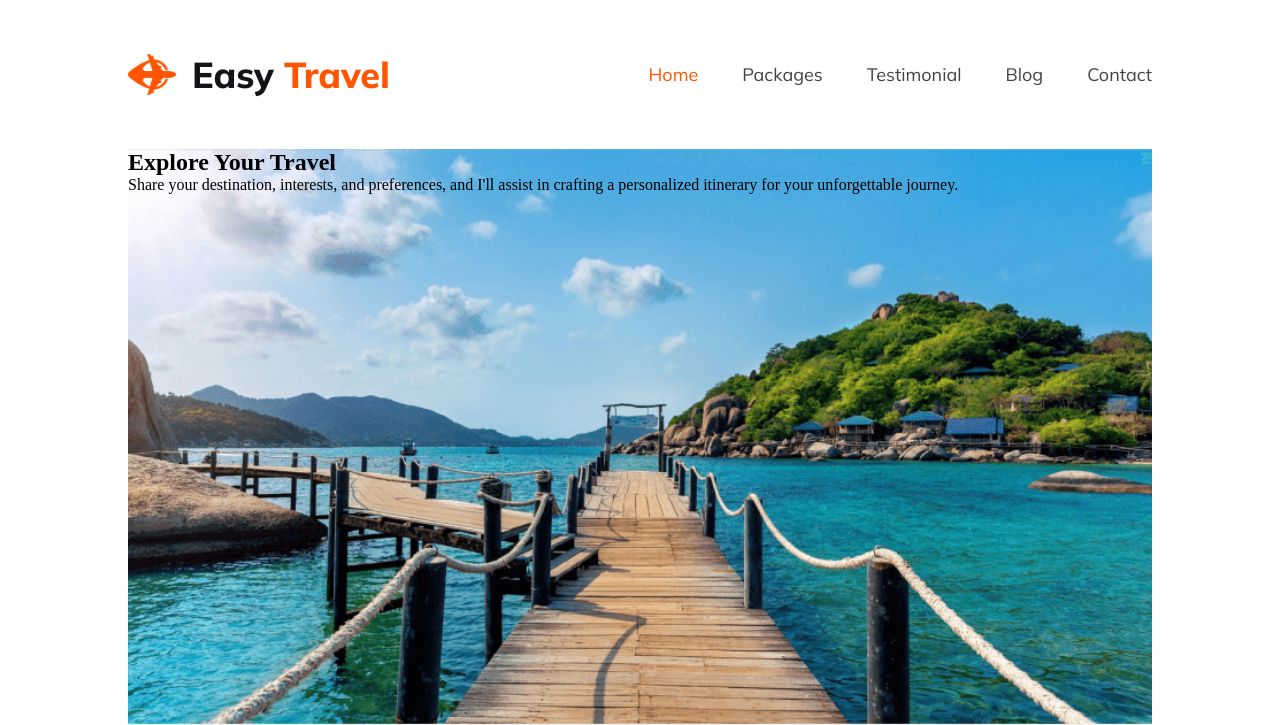
Repository: ShouravAhammed/Assignment-2
Page: index.html
The author's editor kept a copy of each file at every save. The page is drawn from the files as they stood at one save, then again after the next save.
The browser window is 1280 px wide. The pictures show the whole page.
Some web libraries are served in a nearby version.

Above is the page before, as saved 2024-01-16 02:48:42.

### index.html
<!DOCTYPE html>
<html lang="en">
<head>
    <meta charset="UTF-8">
    <meta name="viewport" content="width=device-width, initial-scale=1.0">
    <!-- website title -->
    <title>Easy Travel</title>
    <!-- linked font awesome -->
    <script src="https://kit.fontawesome.com/0d98d502eb.js" crossorigin="anonymous"></script>
    <!-- linked favicon -->
    <link rel="shortcut icon" href="Images/Group 40071 (2).png" type="image/x-icon">
    <!-- linked css -->
    <link rel="stylesheet" href="styles/style.css">
</head>
<body>
    <!-- header part start -->
    <header>
        <div class="container">
            <nav class="navigation">
                    <a class="website-name" href="">
                        <img src="Images/Group 40071 (2).png" alt="">
                        <h3 class="web-text">Easy <span class="web-text-color">Travel</span></h3>
                    </a>
                    <input type="checkbox" id="check">
                    <label for="check" class="checkbtn"><i class="fa-solid fa-bars"></i></label>
                    <ul class="nav">
                        <li><a class="active" href="">Home</a></li>
                        <li><a href="">Packages</a></li>
                        <li><a href="">Testimonial</a></li>
                        <li><a href="">Blog</a></li>
                        <li><a href="">Contact</a></li>
                    </ul>
                </nav>

                <section id="banner">
                    <div class="banner-container">
                        <h2 class="banner-title">Explore Your Travel</h2>
                        <p class="banner-description">Share your destination, interests, and preferences, and I'll assist in crafting a personalized itinerary for your unforgettable journey.</p>
                    </div>
                </section>
        </div>
    </header>
    <!-- header part end -->
    <!-- main part start -->
    <main>

    </main>
    <!-- main part end -->
    <!-- footer part start -->
    <footer>

    </footer>
    <!-- footer part end -->
</body>
</html>

### styles/style.css
/* Import Fonts From Google Fonts */
@import url('https://fonts.googleapis.com/css2?family=Mulish:ital,wght@0,200;0,300;0,400;0,500;0,600;0,700;0,800;0,900;0,1000;1,200;1,300;1,400;1,500;1,600;1,700;1,800;1,900;1,1000&display=swap');@import url('https://fonts.googleapis.com/css2?family=Mulish:ital,wght@0,200;0,300;0,400;0,500;0,600;0,700;0,800;0,900;0,1000;1,200;1,300;1,400;1,500;1,600;1,700;1,800;1,900;1,1000&display=swap');

/* color clearance */
:root{
    --primary-color: #FF5400;
    --secondary-color: #131318;
    --third-color: #fff;
}

/* all default size off */
*{
    margin: 0;
    padding: 0;
    outline: 0;
    box-sizing: border-box;
}
/* container display measuring size*/
.container{
    width: 80%;
    margin: 0 auto;
}
/* navigation css style */
.navigation{
    display: flex;
    align-items: center;
    justify-content: space-between;
    margin: 52px 0;
}
.website-name{
    display: flex;
    align-items: center;
    gap: 16px;
    text-decoration: none;
}
.website-name img{
    width: 48px;
}
.website-name .web-text{
    color: var(--secondary-color);
    font-family: Mulish;
    font-size: 2.25rem;
    font-weight: 800;
}
.website-name .web-text-color{
    color: var(--primary-color);
}


.checkbtn{
    font-size: 1.75rem;
    color: #131318;
    display: none;
}
#check{
    display: none;
}



.navigation > .nav{
    display: flex;
    align-items: center;
    gap: 44px;
}
.nav > li{
    list-style: none;
}
.nav > li a{
    color: #424247;
    font-family: Mulish;
    font-size: 1.125rem;;
    font-weight: 400;
    text-decoration: none;
    transition: all ease 0.3s;
}
.nav > li a.active, .nav > li a:hover{
    color: var(--primary-color);
}

#banner{
    background-image: url(../Images/Group13.png);
    background-position: center;
    background-size: cover;
    background-repeat: no-repeat;
    height: 80vh;
}













@media only screen and (max-width: 576px){
    .navigation{
        margin-top: 18px;
    }
    .checkbtn{
        display: block;
    }

    .navigation > .nav{
        flex-direction: column;
        gap: 20px;
        padding-top: 30px;
        position: fixed;
        width: 100%;
        height: 50vh;
        background: #fff;
        top: 80px;
        left: -100%;
        text-align: center;
        transition: all ease 0.3s;
    }
    #check{
        display: none;
    }
    #check:checked ~ ul{
        left: 0;
    }


}

After the next save:
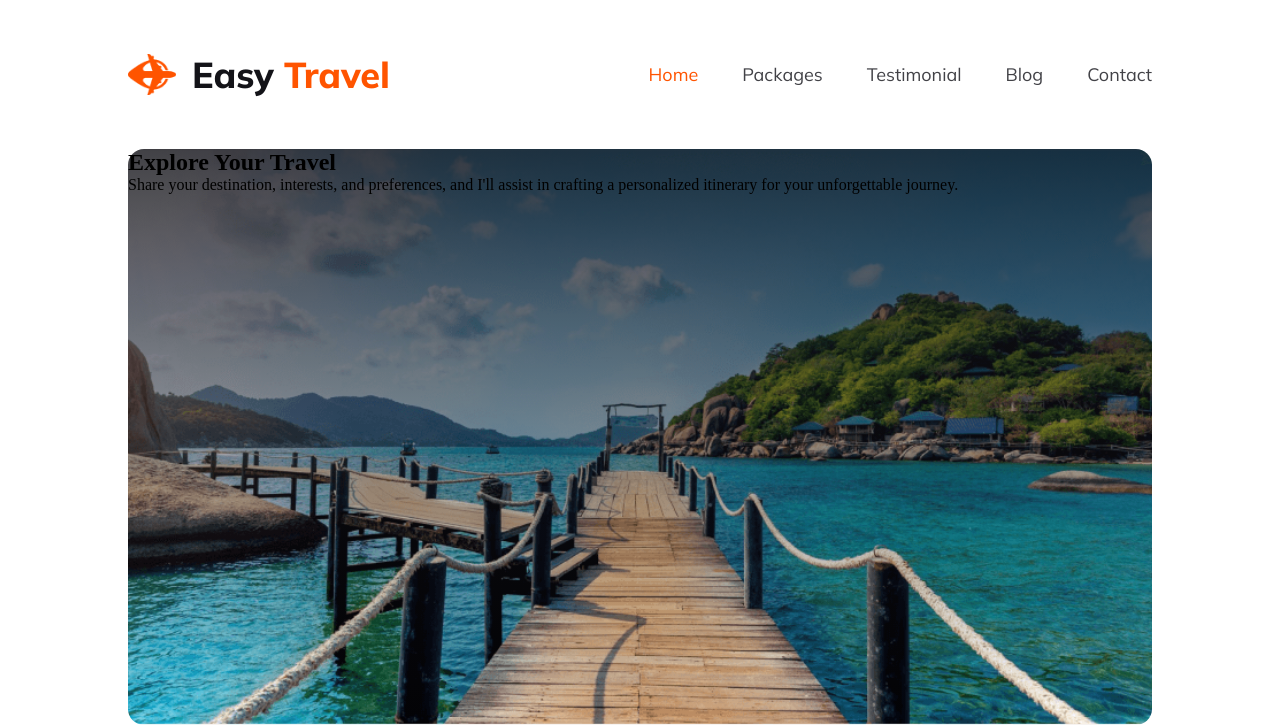
Saved 61 s later.
--- a/styles/style.css
+++ b/styles/style.css
@@ -79,11 +79,12 @@
 }
 
 #banner{
-    background-image: url(../Images/Group13.png);
+    background-image: linear-gradient(180deg, rgba(19, 19, 24, 0.80) 0%, rgba(19, 19, 24, 0.00) 100%), url(../Images/Group13.png);
     background-position: center;
     background-size: cover;
     background-repeat: no-repeat;
     height: 80vh;
+    border-radius: 16px;
 }
 
 
